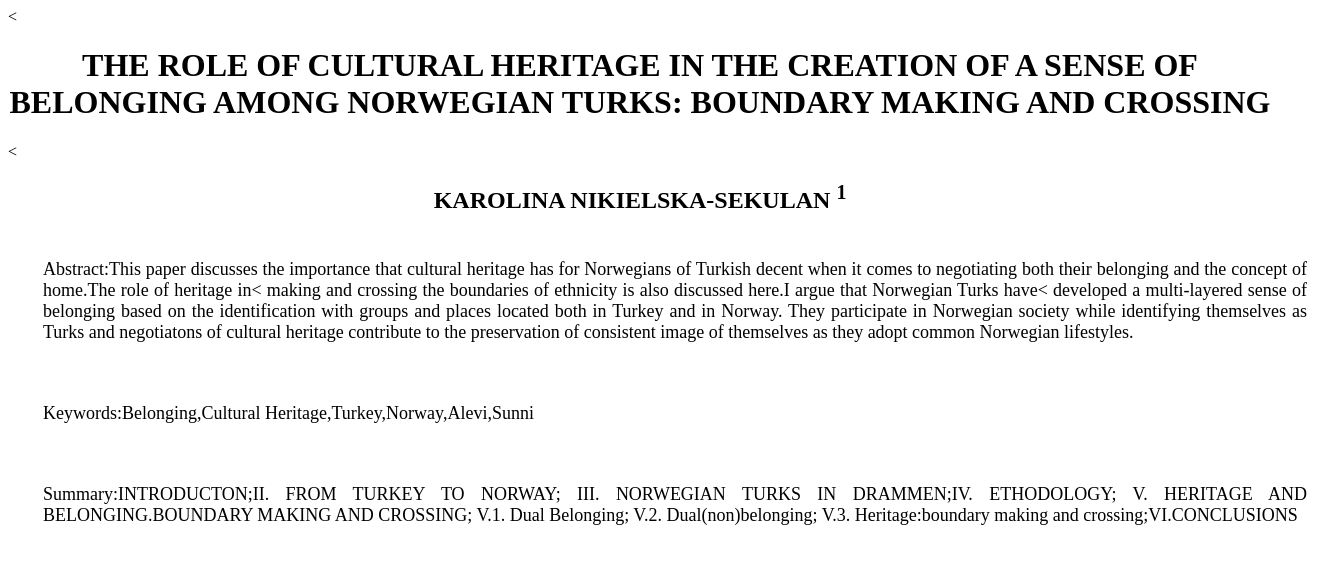
Repository: Pholi658/HTML-Task1
Page: Task2.html/No2.html
The author's editor kept a copy of each file at every save. The page is drawn from the files as they stood at one save, then again after the next save.
The browser window is 1280 px wide. The page is 1332 px wide, so the pictures cover 1332 px, including what lies to the right of the window. The pictures show the whole page.

Above is the page before, as saved 2024-10-17 14:58:08.

### Task2.html/No2.html
<!Doctype html>
<html lang=en>
< <head>
    <title>no2 task</title>
    <style>
        h1,
        h2 {
            text-align: center;
        }

        p {

            width: 100%;
            border: 7px honeydew;
            padding: 25px;
            margin: 10px;
            text-align: justify;
            font-size: 18px;

        }
    </style>
    </head>

    <body>
        <h1>THE ROLE OF CULTURAL HERITAGE IN THE CREATION OF A
            SENSE OF BELONGING AMONG NORWEGIAN TURKS:
            BOUNDARY MAKING AND CROSSING
        </h1>
        <<h2>KAROLINA NIKIELSKA-SEKULAN <sup>1</sup></h2>
            <p>Abstract:This paper discusses the importance that cultural heritage has for Norwegians of Turkish
                decent when it comes to negotiating both their belonging and the concept of home.The role of heritage
                in< making and crossing the boundaries of ethnicity is also discussed here.I argue that Norwegian Turks
                    have< developed a multi-layered sense of belonging based on the identification with groups and
                    places located both in Turkey and in Norway. They participate in Norwegian society while identifying
                    themselves as Turks and negotiatons of cultural heritage contribute to the preservation of
                    consistent image of themselves as they adopt common Norwegian lifestyles.</p>
                    <p>Keywords:Belonging,Cultural Heritage,Turkey,Norway,Alevi,Sunni</p>
                    <p>Summary:INTRODUCTON;II. FROM TURKEY TO NORWAY; III. NORWEGIAN TURKS IN DRAMMEN;IV. ETHODOLOGY;
                        V. HERITAGE AND BELONGING.BOUNDARY MAKING AND CROSSING; V.1. Dual Belonging; V.2.
                        Dual(non)belonging; V.3. Heritage:boundary making and crossing;VI.CONCLUSIONS</p>
    </body>

</html>

After the next save:
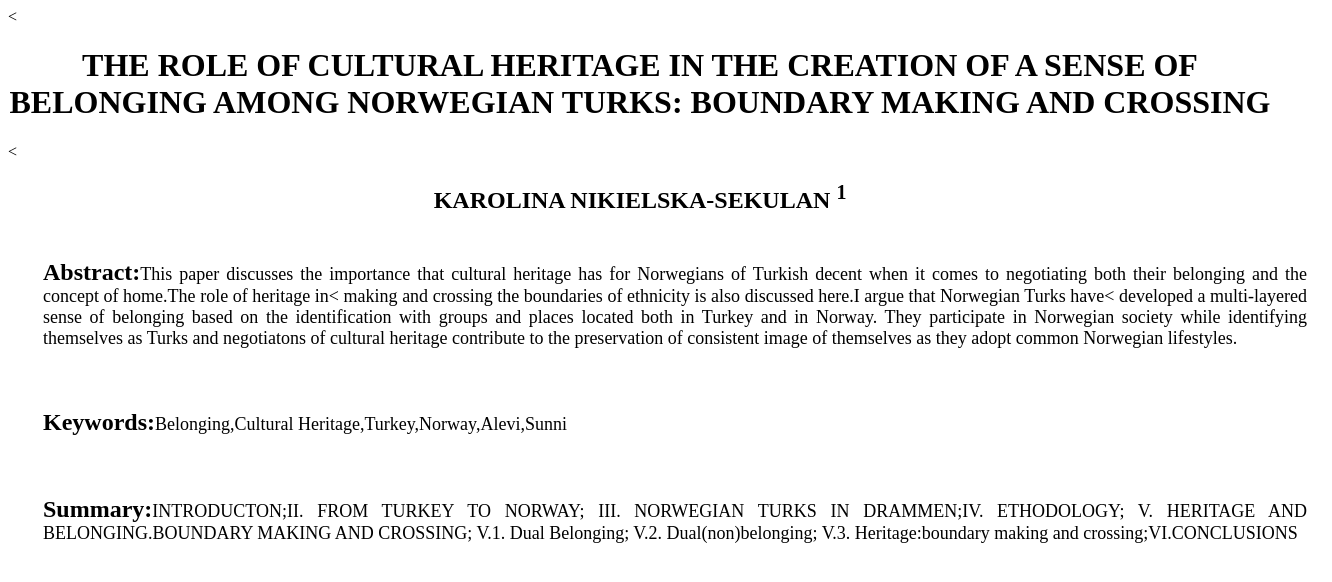
Saved 5 min 31 s later.
--- a/Task2.html/No2.html
+++ b/Task2.html/No2.html
@@ -18,6 +18,10 @@
             font-size: 18px;
 
         }
+
+        strong {
+            font-size: 24px;
+        }
     </style>
     </head>
 
@@ -27,15 +31,17 @@
             BOUNDARY MAKING AND CROSSING
         </h1>
         <<h2>KAROLINA NIKIELSKA-SEKULAN <sup>1</sup></h2>
-            <p>Abstract:This paper discusses the importance that cultural heritage has for Norwegians of Turkish
+            <p><strong>Abstract:</strong>This paper discusses the importance that cultural heritage has for Norwegians
+                of Turkish
                 decent when it comes to negotiating both their belonging and the concept of home.The role of heritage
                 in< making and crossing the boundaries of ethnicity is also discussed here.I argue that Norwegian Turks
                     have< developed a multi-layered sense of belonging based on the identification with groups and
                     places located both in Turkey and in Norway. They participate in Norwegian society while identifying
                     themselves as Turks and negotiatons of cultural heritage contribute to the preservation of
                     consistent image of themselves as they adopt common Norwegian lifestyles.</p>
-                    <p>Keywords:Belonging,Cultural Heritage,Turkey,Norway,Alevi,Sunni</p>
-                    <p>Summary:INTRODUCTON;II. FROM TURKEY TO NORWAY; III. NORWEGIAN TURKS IN DRAMMEN;IV. ETHODOLOGY;
+                    <p><strong>Keywords:</strong>Belonging,Cultural Heritage,Turkey,Norway,Alevi,Sunni</p>
+                    <p><strong>Summary:</strong>INTRODUCTON;II. FROM TURKEY TO NORWAY; III. NORWEGIAN TURKS IN
+                        DRAMMEN;IV. ETHODOLOGY;
                         V. HERITAGE AND BELONGING.BOUNDARY MAKING AND CROSSING; V.1. Dual Belonging; V.2.
                         Dual(non)belonging; V.3. Heritage:boundary making and crossing;VI.CONCLUSIONS</p>
     </body>
